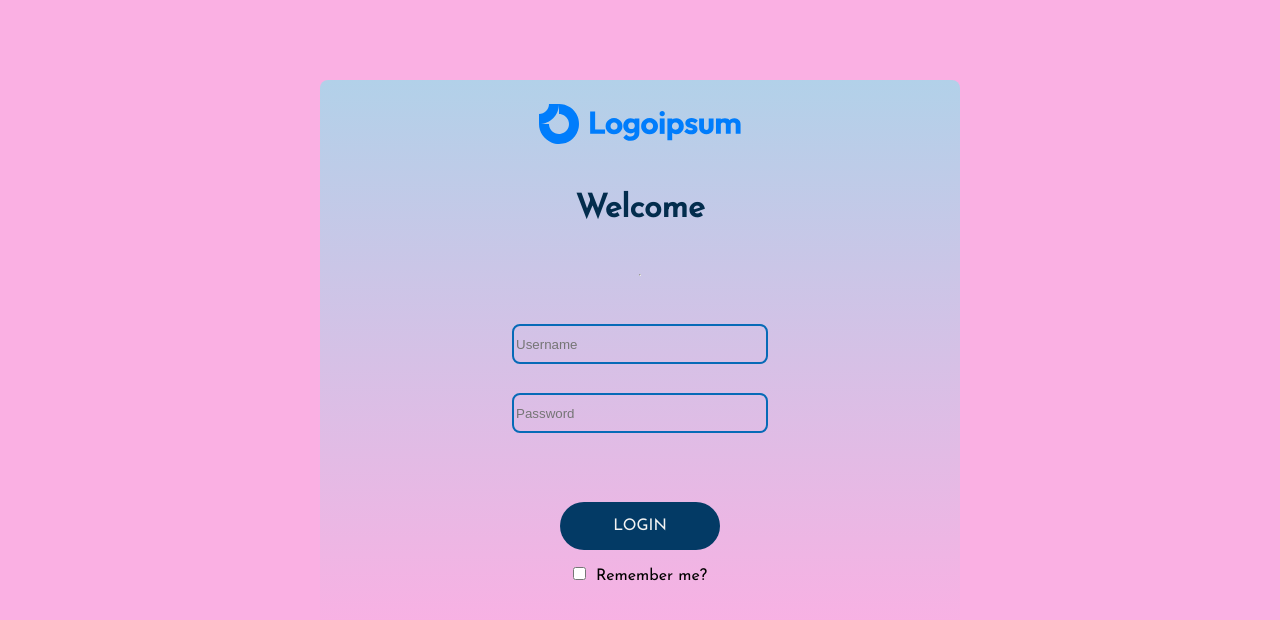
Repository: Tahaa2t/Researchers
Page: /
These files come from the project's save history. The page is drawn as it stood at one moment and after the next save; the edit follows.
The browser window is 1280 px wide. The pictures show the whole page.
The project was rebuilt for these pictures with package versions that can differ from the ones it lists, and the page was loaded fresh each time.

Above is the page before, as saved 2023-06-22 19:20:54.

### src/App.js
import "./App.css"
import LoginForm from "./Components/loginform"


function App() {
  return (
    <div className="App">
      <LoginForm />
    </div>
  );
}

export default App;

### src/Components/loginform.js
import React from "react"
import "./css/loginstyle.css"
import logo from "./logos/logoipsum.svg"

const LoginForm = () => {
  return(
    <div className="page">
      <div className="cover">
        <img src={logo} alt="Logo Ipsum"></img>
          <h1>Welcome</h1>
          <hr />
          <input type="text" placeholder="Username"></input>
          <input type="password" placeholder="Password"></input>
            <div className="login-btn">LOGIN</div>
            <div className="check-btn">
              <input type="checkbox"></input>
              <p>Remember me?</p>
          </div>
      </div>
    </div>
  )
}

export default LoginForm

### src/Components/css/loginstyle.css
@import url('https://fonts.googleapis.com/css?family=Josefin+Sans');


/* notes

---centering something---
display: flex;
  justify-content: center;
  align-items: center;



--- neechay ya uper se qareeb krna ho tou---
.check-btn {
  position: relative;
  bottom: 3em;
}
*/


* {
  margin: 0;
  box-sizing: border-box;
}

.page {
  background-color: rgb(250, 176, 227);
  height: 100vh;
  width: 100%;
  display: flex;
  justify-content: center;
  align-items: center;
  font-family: 'Josefin Sans', cursive;
}

.cover {
  background-image: linear-gradient(rgba(178, 209, 233, 1), rgba(178, 209, 233, 0));
  width: 40em;
  height: 35em;
  position: relative;
  border-radius: 0.5em;
  /* box-shadow: 0 0.188em 1.5em rgb(156, 156, 156); */
  display: flex;
  flex-direction: column;
  align-items: center;
justify-content: space-around;

}

h1 {
  color: rgb(3, 45, 77);
}
hr {
  color: rgb(3, 45, 77);
}

input[type=text]{
  background-color: rgba(0,0,0,0);
  border-color: rgb(6, 106, 183);
  border-radius: 8px 8px 8px 8px;
  border-width: 10%;
  border-style: solid;
  /* outline-color: rgb(6, 106, 183); */
  height: 3em;
  width: 40%;
  /* bottom: -1.5em; */
}


input[type=password]{
  background-color: rgba(0,0,0,0);
  border-color: rgb(6, 106, 183);
  border-radius: 8px 8px 8px 8px;
  border-width: 10%;
  border-style: solid;
  /* outline-color: rgb(6, 106, 183); */
  height: 3em;
  width: 40%;
  position: relative;
  top: -1.5em;
}

.login-btn {
  width: 10em;
  height: 3em;
  background-color: rgb(3, 58, 101);
  color: rgb(243, 243, 243);
  display: flex;
  justify-content: center;
  align-items: center;
  transition: 0.5s;
  border: rgb(3, 58, 101);
  border-radius: 50px 50px 50px 50px;
  cursor: pointer;
}
.login-btn:hover {
  transform: scale(1.15);
}

.check-btn {
  position: relative;
  bottom: 2em;
}

.check-btn input {
  display:inline-block;
  margin-right:10px;
}
.check-btn p {
  display:inline-block;
}

Loaded but not shown: public/index.html (common file); src/index.js (common file); src/index.css (common file); src/reportWebVitals.js (common file); src/App.css (common file)

After the next save:
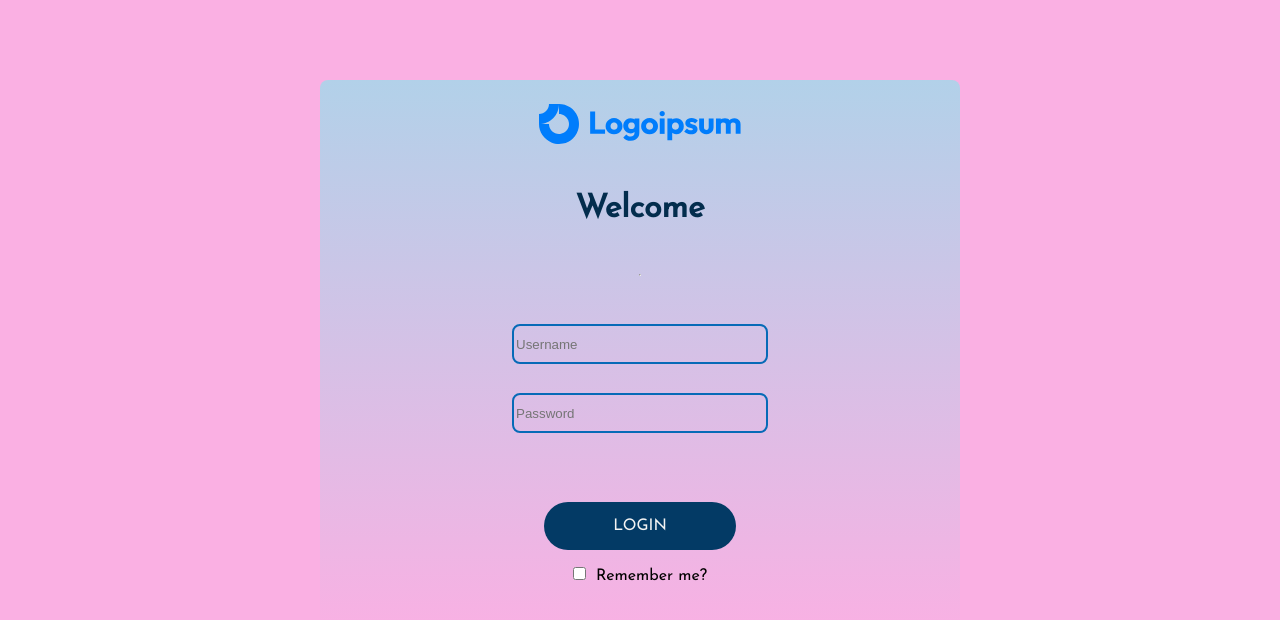
Saved 4 s later.
--- a/src/Components/css/loginstyle.css
+++ b/src/Components/css/loginstyle.css
@@ -81,7 +81,7 @@ input[type=password]{
 }
 
 .login-btn {
-  width: 10em;
+  width: 12em;
   height: 3em;
   background-color: rgb(3, 58, 101);
   color: rgb(243, 243, 243);
